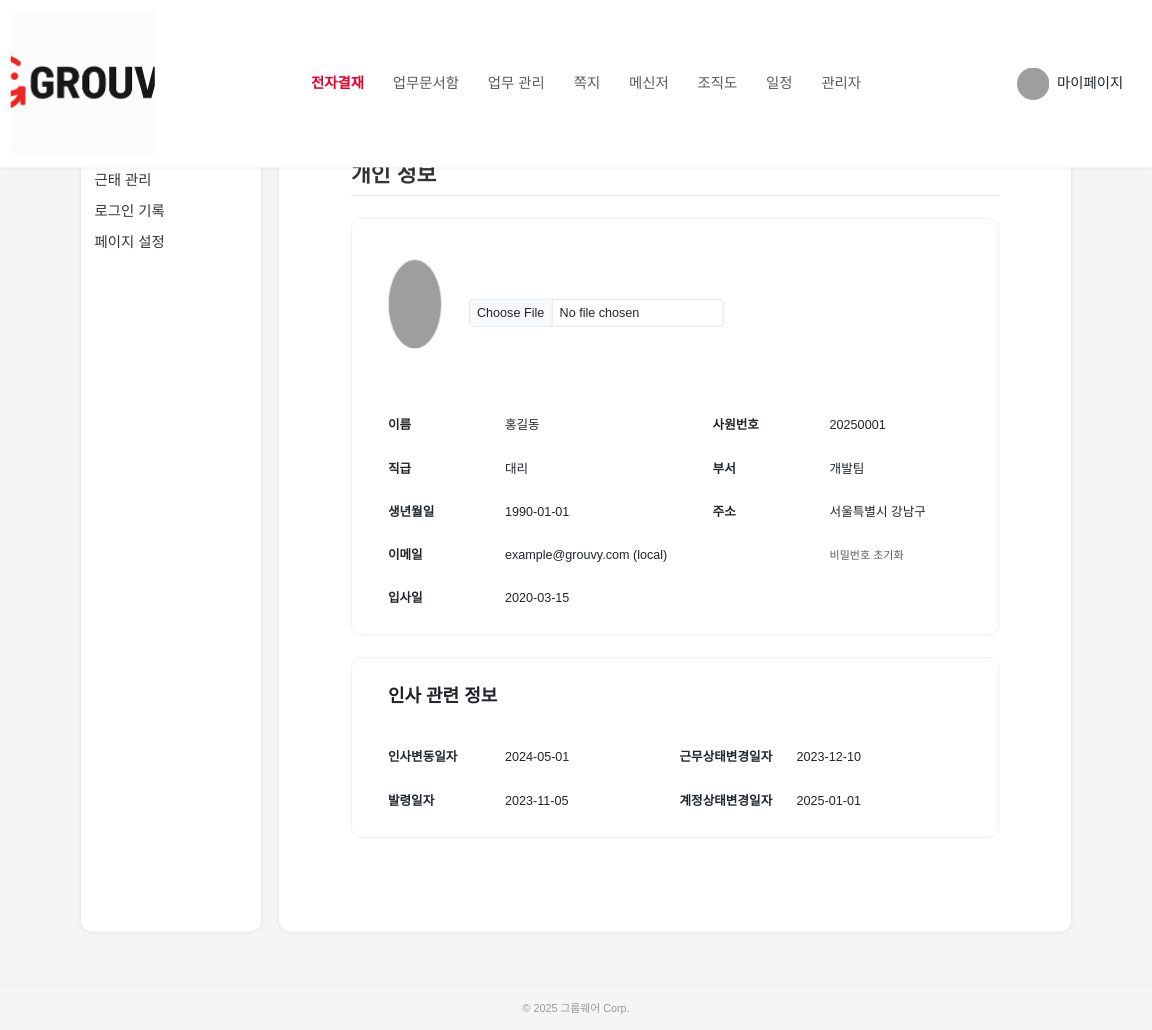
Repository: hyunbin7664/web-java-workspace
Page: groupware/src/main/webapp/mypage_profile.html
An editor plug-in stored every save of this project. The page is shown before and after the next save, followed by the edit.
The browser window is 1280 px wide. The pictures show the whole page, at 90% of full size.
Pictures or frames that could not be fetched are drawn as grey boxes.

Above is the page before, as saved 2025-07-08 08:04:36.

After the next save:
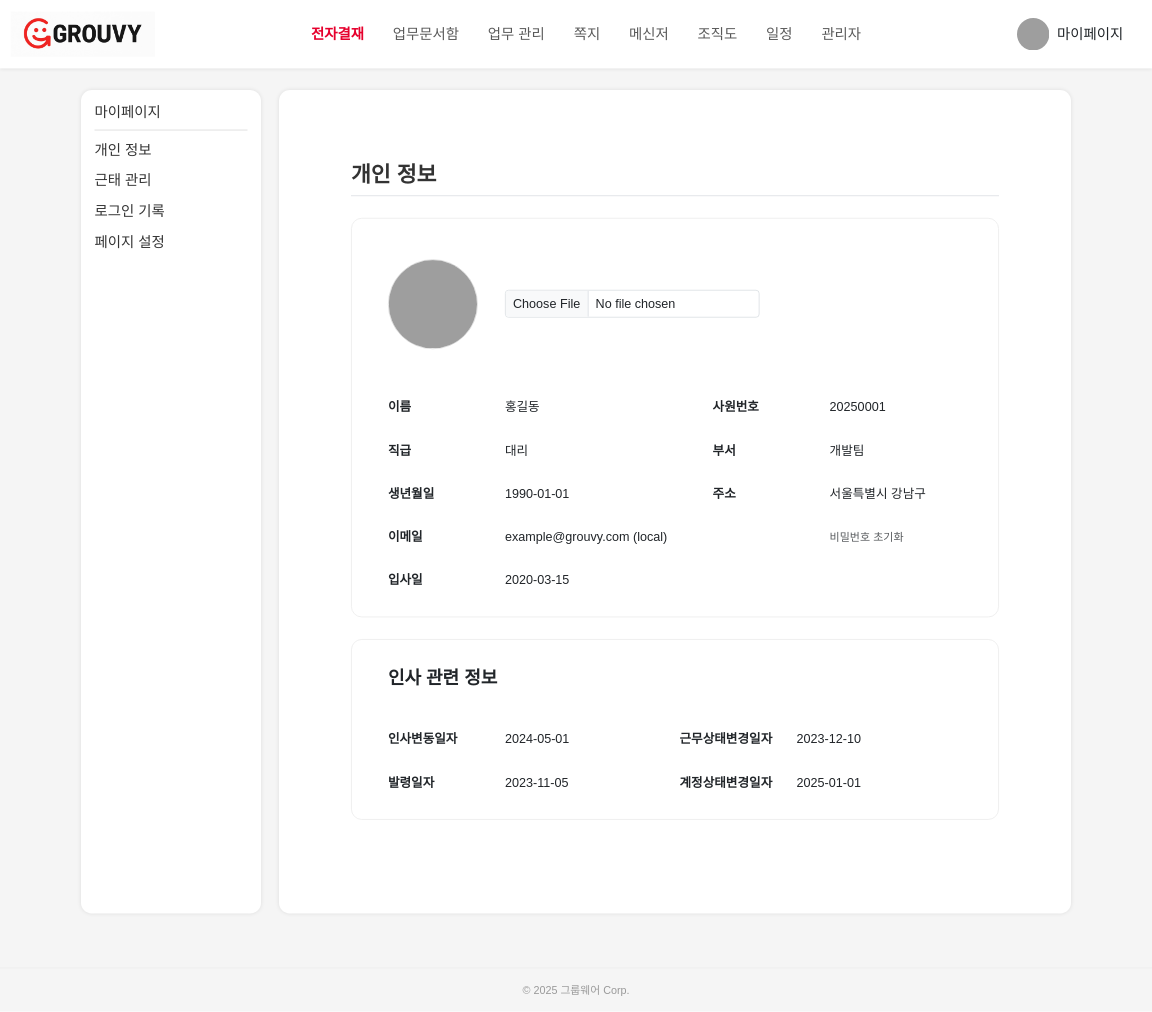
Saved 29 s later.
--- a/groupware/src/main/webapp/mypage_profile.html
+++ b/groupware/src/main/webapp/mypage_profile.html
@@ -31,7 +31,7 @@ body {
 
 .logo-img {
 	width: 160px;
-	height: 160px;
+	height: 50px;
 	object-fit: cover;
 	object-position: center;
 }
@@ -90,10 +90,10 @@ body {
 	/* margin: 0 auto; */
 }
 
-.main-content img {
+/* .main-content img {
 	width: 60px;
 	margin-bottom: 20px;
-}
+} */
 
 .main-content p {
 	font-size: 14px;
